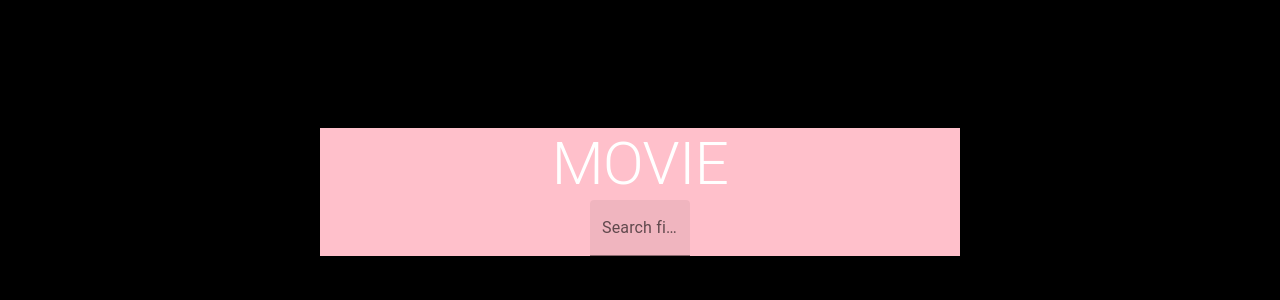
Repository: songjiwon17/movie
Page: /
These files come from the project's save history. The page is drawn as it stood at one moment and after the next save; the edit follows.
The browser window is 1280 px wide. The pictures show the whole page.
The project was rebuilt for these pictures with package versions that can differ from the ones it lists, and the page was loaded fresh each time. Also part of the build but not shown: src/component/Login.js.

Above is the page before, as saved 2024-01-04 21:49:36.

After the next save:
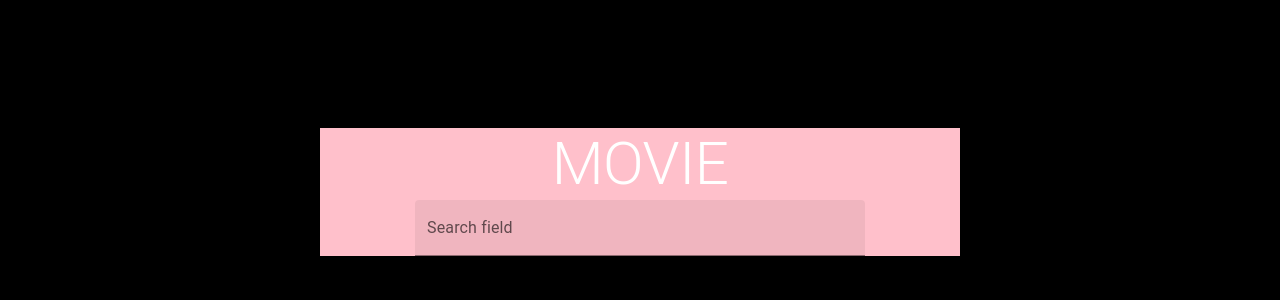
Saved 21 s later.
--- a/src/component/SearchForm.js
+++ b/src/component/SearchForm.js
@@ -5,7 +5,7 @@ function SearchForm(){
         <>
         <TextField
         style={{
-            width: 100
+            width: 450
 
         }}
           id="filled-search"
